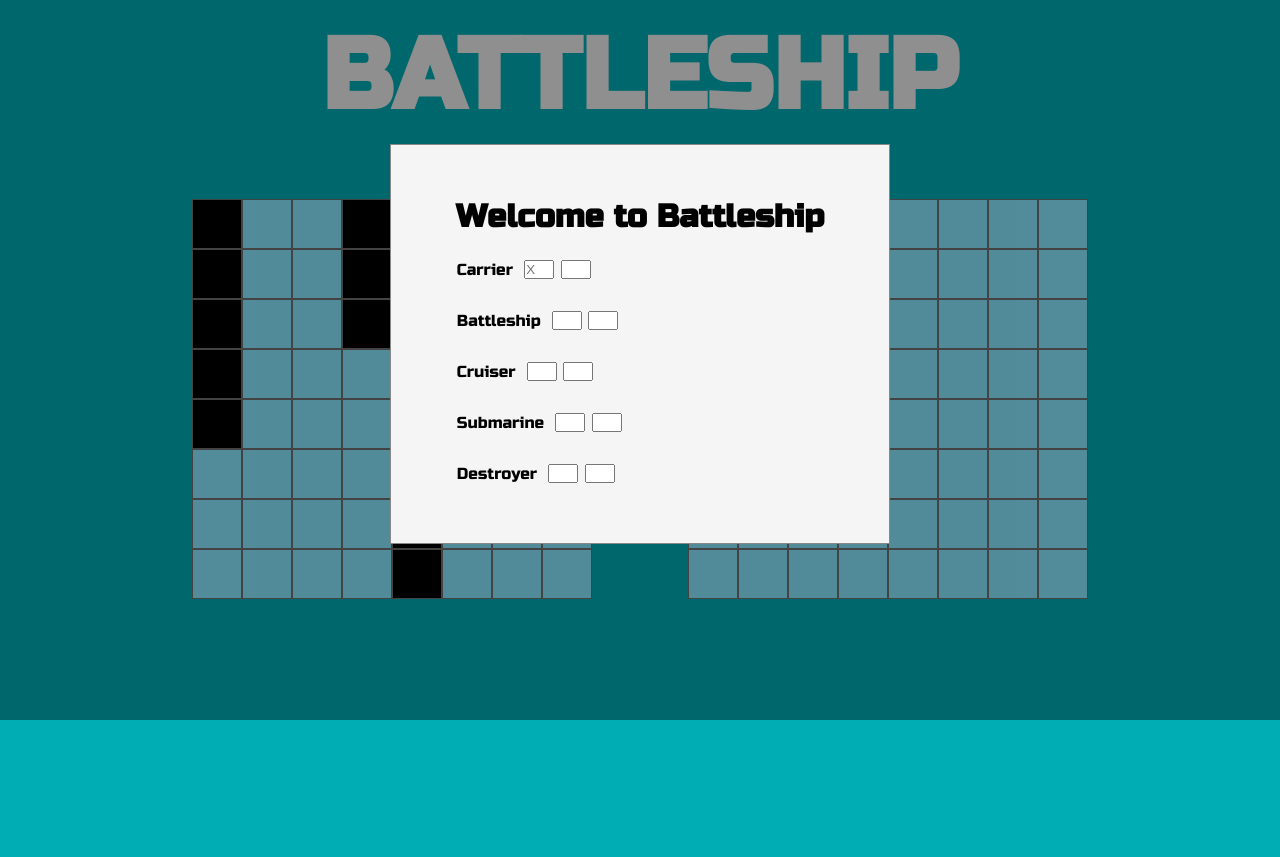
Repository: AzharMoosa/battleship
Page: /
An editor plug-in stored every save of this project. The page is shown before and after the next save, followed by the edit.
The browser window is 1280 px wide. The pictures show the whole page.
The project was rebuilt for these pictures with package versions that can differ from the ones it lists, and the page was loaded fresh each time.

Above is the page before, as saved 2020-07-09 10:15:36.

### src/App.js
import React from "react";
import Header from "./components/Header";
import Board from "./components/Board";
import { PlayersProvider } from "./context/PlayersContext";
import "./App.css";

function App() {
  return (
    <PlayersProvider>
      <div>
        <Header />
        <Board />
      </div>
    </PlayersProvider>
  );
}

export default App;

### src/components/Header.js
import React from "react";

const Header = () => {
  return (
    <div className='header'>
      <h1>Battleship</h1>
    </div>
  );
};

export default Header;

### src/components/Board.js
import React, { useState, Fragment } from "react";
import Square from "./Square";
import PlainSquare from "./PlainSquare";
import Player from "../functions/Player";
import Gameboard from "../functions/Gameboard";
import Overlay from "./Overlay";
import HitMiss from "./HitMiss";
import PlaceShip from "./PlaceShip";
import { v4 as uuidv4 } from "uuid";

const Board = () => {
  // eslint-disable-next-line
  const [player, setPlayer] = useState(Player(false));
  // eslint-disable-next-line
  const [computer, setComputer] = useState(Player(true));
  const [playerBoard, setPlayerBoard] = useState(Gameboard());
  const [computerBoard, setComputerBoard] = useState(Gameboard());
  const [playerTurn, setPlayerTurn] = useState(true);

  const getOutcome = (hit) => {
    let outcome = document.querySelector(".hit-miss-outcome");
    if (hit === true) {
      outcome.innerHTML = "Hit!";
    } else {
      outcome.innerHTML = "Miss!";
    }
  };

  const startGame = () => {
    playerBoard.placeShip(0, 0, player.ships[0], 1);
    playerBoard.placeShip(4, 4, player.ships[1], 1);
    playerBoard.placeShip(3, 0, player.ships[2], 1);
    playerBoard.placeShip(5, 0, player.ships[3], 1);
    playerBoard.placeShip(7, 0, player.ships[4], 1);

    computerBoard.placeShip(0, 0, computer.ships[0], 0);
    computerBoard.placeShip(4, 2, computer.ships[1], 0);
    computerBoard.placeShip(0, 3, computer.ships[2], 0);
    computerBoard.placeShip(3, 5, computer.ships[3], 0);
    computerBoard.placeShip(0, 7, computer.ships[4], 0);
  };

  const getBoardElm = (elm) => {
    if (elm !== "") {
      return "square ship";
    } else {
      return "square";
    }
  };

  const displayModal = (name) => {
    let modal = document.querySelector(".modal");
    let title = document.querySelector(".winner-name");
    let overlay = document.querySelector(".overlay");
    modal.style.display = "block";
    overlay.style.display = "none";
    if (name === "Computer") {
      title.innerHTML = "Computer Wins";
    } else if (name === "Player") {
      title.innerHTML = "Player Wins";
    }
  };

  const resetGame = () => {
    setPlayer(Player(false));
    setComputer(Player(true));
    setPlayerBoard(Gameboard());
    setComputerBoard(Gameboard());
    setPlayerTurn(true);
    let modal = document.querySelector(".modal");
    let overlay = document.querySelector(".overlay");
    let outcome = document.querySelector(".hit-miss-outcome");
    modal.style.display = "none";
    overlay.style.display = "grid";
    outcome.innerHTML = "";
  };

  const gameOver = () => {
    if (playerBoard.allShipSunk(player.ships)) {
      displayModal("Computer");
    } else if (computerBoard.allShipSunk(computer.ships)) {
      displayModal("Player");
    }
  };

  const attackComputer = (e) => {
    if (playerTurn === true) {
      let updatedBoard = computerBoard;
      // Get Coord
      let coords = e.target.id.split(",");
      let x = coords[1];
      let y = coords[0];
      player.attackEnemy(updatedBoard, parseInt(x), parseInt(y));
      if (computerBoard.grid[x][y] === "") {
        e.target.classList.add("ship-miss");
        getOutcome(false);
      } else {
        e.target.classList.add("ship-hit");
        getOutcome(true);
      }
      setComputerBoard(updatedBoard);
      setPlayerTurn(false);
    }
    computerTurn();
  };

  const computerTurn = () => {
    if (playerTurn === true) {
      let updatedBoard = playerBoard;
      let randomCoords = computer.getRandomCoords();
      let square = document.getElementById(randomCoords);
      let coords = randomCoords.split(",");
      let x = coords[1];
      let y = coords[0];
      computer.computerAttack(updatedBoard, x, y);
      if (playerBoard.grid[x][y] === "") {
        square.classList.add("ship-miss");
      } else {
        square.classList.add("ship-hit");
      }
      gameOver();
      setPlayerBoard(updatedBoard);
      setPlayerTurn(true);
    }
  };

  return (
    <Fragment>
      <PlaceShip />
      <div className='container'>
        <HitMiss />
        <div className='game-boards'>
          {startGame()}
          <div className='game-board'>
            {playerBoard.grid.map((col, j) =>
              col.map((elm, i) => (
                <Square
                  key={uuidv4()}
                  elm={elm}
                  getBoardElm={getBoardElm}
                  id={`${i},${j}`}
                />
              ))
            )}
          </div>

          <div className='comp'>
            <div className='game-board comp-board'>
              {computerBoard.grid.map((col, j) =>
                col.map((elm, i) => (
                  <Square
                    key={uuidv4()}
                    elm={elm}
                    getBoardElm={getBoardElm}
                    attackComputer={attackComputer}
                    id={`${i},${j}`}
                  />
                ))
              )}
            </div>
            <div className='overlay game-board'>
              {computerBoard.grid.map((col, j) =>
                col.map((elm, i) => <PlainSquare key={uuidv4()} />)
              )}
            </div>
          </div>
        </div>
        <Overlay resetGame={resetGame} />
      </div>
    </Fragment>
  );
};

export default Board;

### src/context/PlayersContext.js
import React, { useState, createContext } from "react";
import Player from "../functions/Player";
import Gameboard from "../functions/Gameboard";

export const PlayersContext = createContext();

export const PlayersProvider = (props) => {
  const [players, usePlayers] = useState([
    // Player
    {
      player: Player(false),
      board: Gameboard(),
    },
    // Computer
    {
      player: Player(true),
      board: Gameboard(),
    },
  ]);

  return (
    <PlayersContext.Provider value={[players, usePlayers]}>
      {props.children}
    </PlayersContext.Provider>
  );
};

### src/App.css
@import url("https://fonts.googleapis.com/css2?family=Russo+One&display=swap");

:root {
  --bg-primary: #00adb5;
  --bg-light: #eeeeee;
  --bg-dark: #222831;
}

* {
  margin: 0;
  padding: 0;
  box-sizing: border-box;
}

body {
  font-family: "Russo One", sans-serif;
  background-color: var(--bg-primary);
}

.header {
  text-align: center;
}

.header h1 {
  color: var(--bg-light);
  font-size: 100px;
  text-transform: uppercase;
  margin-top: 1rem;
}

.game-boards {
  display: flex;
  align-items: center;
  justify-content: space-between;
  width: 70%;
  height: 55vh;
  margin: 3rem auto;
}

.game-board {
  display: grid;
  grid-template-columns: repeat(8, 1fr);
  width: 400px;
  height: 400px;
}

.square {
  border: 1px solid #707070;
  background-color: rgb(136, 231, 255);
  width: 50px;
  height: 50px;
  pointer-events: auto !important;
  cursor: pointer;
}

.plain-square {
  border: 1px solid #707070;
  background-color: rgb(136, 231, 255);
  width: 50px;
  height: 50px;
  pointer-events: none !important;
  cursor: pointer;
}

.ship {
  background-color: #000;
}

.ship-hit {
  background-color: rgb(255, 77, 77) !important;
  pointer-events: none !important;
}

.ship-miss {
  background-color: #fff !important;
  pointer-events: none !important;
}

.comp {
  display: grid;
}

.comp-board,
.overlay {
  grid-area: 1 / 1;
}

.container {
  display: flex;
  flex-direction: column;
  height: 100vh;
}

.overlay {
  pointer-events: none;
}

.start {
  /* display: none; */
  position: fixed;
  z-index: 1;
  left: 0;
  top: 0;
  width: 100%;
  height: 100%;
  background-color: rgb(0, 0, 0);
  background-color: rgba(0, 0, 0, 0.4);
}

.start-content {
  background-color: #f5f5f5;
  margin: 20vh auto;
  padding: 20px;
  border: 1px solid #888;
  width: 500px;
  height: 400px;
  display: flex;
  flex-direction: column;
  align-items: center;
  justify-content: center;
}

.coord-inputs {
  display: flex;
  align-items: center;
  width: 80%;
  margin-top: 1rem;
}

.coord-inputs label {
  margin-right: 0.5rem;
}

.coord-input {
  margin: 0.5rem 0.2rem;
  width: 30px;
}

.modal {
  display: none;
  position: fixed;
  z-index: 1;
  left: 0;
  top: 0;
  width: 100%;
  height: 100%;
  background-color: rgb(0, 0, 0);
  background-color: rgba(0, 0, 0, 0.4);
}

.modal-content-results {
  background-color: #f5f5f5;
  margin: 30vh auto;
  padding: 20px;
  border: 1px solid #888;
  width: 400px;
  height: 200px;
  display: flex;
  flex-direction: column;
  align-items: center;
  justify-content: center;
}

.winner-name {
  text-align: center;
  margin-bottom: 2rem;
  font-size: 40px;
}

.btn-primary {
  background-color: var(--bg-dark);
  color: #fff;
  width: 150px;
  height: 50px;
  font-size: 20px;
  border: none;
  outline: none;
  font-family: "Russo One", sans-serif;
  border-radius: 20px;
  cursor: pointer;
}

.hit-miss {
  display: flex;
  align-items: center;
  justify-content: center;
  margin-top: 1rem;
}

.hit-miss-outcome {
  color: #fff;
  font-size: 50px;
}

@media (min-width: 1700px) {
  .game-boards {
    height: 70vh;
    width: 80%;
  }

  .game-board {
    width: 650px;
    height: 650px;
  }

  .square,
  .plain-square {
    width: 81.25px;
    height: 81.25px;
  }
}

@media (max-width: 1200px) {
  .game-boards {
    height: 70vh;
    width: 80%;
    display: flex;
    flex-direction: column;
  }

  .game-board {
    width: 500px;
    height: 500px;
  }

  .comp {
    margin-top: 3rem;
  }

  .square,
  .plain-square {
    width: 62.5px;
    height: 62.5px;
  }
}

@media (max-width: 768px) {
  .header h1 {
    font-size: 60px;
  }

  .game-boards {
    width: 80%;
    display: flex;
    flex-direction: column;
  }

  .game-board {
    width: 400px;
    height: 400px;
  }

  .comp {
    margin-top: 3rem;
  }

  .square,
  .plain-square {
    width: 50px;
    height: 50px;
  }
}

@media (max-width: 414px) {
  .header h1 {
    font-size: 40px;
  }

  .game-boards {
    width: 70%;
    display: flex;
    flex-direction: column;
  }

  .game-board {
    width: 300px;
    height: 300px;
  }

  .comp {
    margin-top: 3rem;
  }

  .square,
  .plain-square {
    width: 37.5px;
    height: 37.5px;
  }

  .modal-content-results {
    width: 300px;
  }

  .winner-name {
    font-size: 35px;
  }

  .btn-primary {
    background-color: var(--bg-dark);
    color: #fff;
    width: 150px;
    height: 50px;
    font-size: 20px;
    border: none;
    outline: none;
    font-family: "Russo One", sans-serif;
    border-radius: 20px;
    cursor: pointer;
  }
}

@media (max-width: 375px) {
  .header h1 {
    font-size: 35px;
  }

  .game-boards {
    width: 70%;
    display: flex;
    flex-direction: column;
  }

  .game-board {
    width: 280px;
    height: 280px;
  }

  .comp {
    margin-top: 3rem;
  }

  .square,
  .plain-square {
    width: 35px;
    height: 35px;
  }
}

@media (max-width: 320px) {
  .modal-content-results {
    width: 250px;
  }

  .winner-name {
    font-size: 30px;
  }
}

### src/components/Square.js
import React from "react";

const Square = ({ elm, attackComputer, getBoardElm, id }) => {
  return (
    <div className={getBoardElm(elm)} id={id} onClick={attackComputer}></div>
  );
};

export default Square;

### src/components/PlainSquare.js
import React from "react";

const PlainSquare = () => {
  return <div className='plain-square'></div>;
};

export default PlainSquare;

### src/functions/Player.js
import Ship from "./Ship";

const Player = (ai) => {
  let previousShots = [];

  // Create Ships
  let carrier = Ship("Carrier", 5);
  let battleship = Ship("Battleship", 4);
  let cruiser = Ship("Cruiser", 3);
  let submarine = Ship("Submarine", 3);
  let destroyer = Ship("Destroyer", 2);
  let ships = [carrier, battleship, cruiser, submarine, destroyer];

  const attackEnemy = (enemyBoard, x, y) => {
    if (!previousShots.includes([x, y])) {
      enemyBoard.receiveAttack(x, y);
      previousShots.push([parseInt(x), parseInt(y)]);
      return true;
    }
    return false;
  };

  const checkCoord = (x, y) => {
    previousShots.forEach((coords) => {
      if (
        parseInt(coords[1]) === parseInt(x) &&
        parseInt(coords[0]) === parseInt(y)
      ) {
        return true;
      }
    });
    return false;
  };

  const getRandomCoords = (gameboard) => {
    let maximum = 7;
    let minimum = 0;
    let x = 0;
    let y = 0;

    do {
      x = Math.floor(Math.random() * (maximum - minimum + 1)) + minimum;
      y = Math.floor(Math.random() * (maximum - minimum + 1)) + minimum;
    } while (checkCoord(x, y));
    return `${x},${y}`;
  };

  const computerAttack = (enemyBoard, x, y) => {
    enemyBoard.receiveAttack(x, y);
    previousShots.push([x, y]);
  };

  return { previousShots, ships, attackEnemy, computerAttack, getRandomCoords };
};

export default Player;

### src/functions/Gameboard.js
const Gameboard = () => {
  let previousShots = [];
  const grid = new Array(8).fill("");
  for (let i = 0; i < grid.length; i++) {
    grid[i] = new Array(8).fill("");
  }

  const getGrid = () => {
    return grid;
  };

  const getPreviousShots = () => {
    return previousShots;
  };

  const placeShip = (x, y, ship, orientation) => {
    // Horizontal Orientation = 0
    // Vertical Orientation = 1

    // Check If Ship Fits
    let shipLength = ship.length;

    if (orientation === 0) {
      for (let i = x; i < x + ship.length; i++) {
        if (grid[y][i] !== "" || x + shipLength > 8) {
          return false;
        }
        grid[y][i] = ship;
        ship.setShipCoords(y, i);
      }
    } else if (orientation === 1) {
      for (let i = y; i < y + ship.length; i++) {
        if (grid[i][x] !== "" || y + shipLength > 8) {
          return false;
        }
        grid[i][x] = ship;
        ship.setShipCoords(i, x);
      }
    }
    return true;
  };

  const flatten = (arr) => {
    return arr.join(" |-| ");
  };

  const receiveAttack = (x, y) => {
    // Check if ship is at position
    if (grid[x][y] !== "") {
      let ship = grid[x][y];
      let shipCoords = ship.getShipCoords();
      let arrSearch = shipCoords.map((row) => {
        return flatten(row);
      });
      let pos = arrSearch.indexOf(flatten([x, y]));
      if (!ship.isHit(pos)) {
        ship.hit(pos);
        return true;
      }
    }
    previousShots.push([x, y]);
    return false;
  };

  const allShipSunk = (ships) => {
    for (let i = 0; i < ships.length; i++) {
      if (!ships[i].isSunk()) {
        return false;
      }
    }

    return true;
  };

  return {
    grid,
    previousShots,
    getGrid,
    placeShip,
    receiveAttack,
    getPreviousShots,
    allShipSunk,
  };
};

export default Gameboard;

### src/components/Overlay.js
import React from "react";

const Overlay = ({ resetGame }) => {
  return (
    <div className='modal'>
      <div className='modal-content-results'>
        <h1 className='winner-name'>Player Wins</h1>
        <button className='btn-primary' onClick={resetGame}>
          Restart
        </button>
      </div>
    </div>
  );
};

export default Overlay;

### src/components/HitMiss.js
import React from "react";

const HitMiss = () => {
  return (
    <div className='hit-miss'>
      <h1 className='hit-miss-outcome'>{}</h1>
    </div>
  );
};

export default HitMiss;

### src/components/PlaceShip.js
import React, { useState } from "react";

const PlaceShip = () => {
  const [carrierX, setCarrierX] = useState("");
  const [carrierY, setCarrierY] = useState("");
  const [battleshipX, setBattleshipX] = useState("");
  const [battleshipY, setBattleshipY] = useState("");
  const [cruiserX, setCruiserX] = useState("");
  const [cruiserY, setCruiserY] = useState("");
  const [submarineX, setSubmarineX] = useState("");
  const [submarineY, setSubmarineY] = useState("");
  const [destroyerX, setDestroyerX] = useState("");
  const [destroyerY, setDestroyerY] = useState("");

  return (
    <div className='start'>
      <div className='start-content'>
        <h1>Welcome to Battleship</h1>
        <div className='coord-inputs'>
          <label htmlFor='carrier'>Carrier</label>
          <input
            type='number'
            onChange={(e) => setCarrierX(e.target.value)}
            className='coord-input'
            placeholder='X'
          />
          <input
            type='text'
            onChange={(e) => setCarrierY(e.target.value)}
            className='coord-input'
          />
        </div>
        <div className='coord-inputs'>
          <label htmlFor='battleship'>Battleship</label>
          <input
            type='text'
            onChange={(e) => setBattleshipX(e.target.value)}
            className='coord-input'
          />
          <input
            type='text'
            onChange={(e) => setBattleshipY(e.target.value)}
            className='coord-input'
          />
        </div>
        <div className='coord-inputs'>
          <label htmlFor='cruiser'>Cruiser</label>
          <input
            type='text'
            onChange={(e) => setCruiserX(e.target.value)}
            className='coord-input'
          />
          <input
            type='text'
            onChange={(e) => setCruiserY(e.target.value)}
            className='coord-input'
          />
        </div>
        <div className='coord-inputs'>
          <label htmlFor='submarine'>Submarine</label>
          <input
            type='text'
            onChange={(e) => setSubmarineX(e.target.value)}
            className='coord-input'
          />
          <input
            type='text'
            onChange={(e) => setSubmarineY(e.target.value)}
            className='coord-input'
          />
        </div>
        <div className='coord-inputs'>
          <label htmlFor='destroyer'>Destroyer</label>
          <input
            type='text'
            onChange={(e) => setDestroyerX(e.target.value)}
            className='coord-input'
          />
          <input
            type='text'
            onChange={(e) => setDestroyerY(e.target.value)}
            className='coord-input'
          />
        </div>
      </div>
    </div>
  );
};

export default PlaceShip;

### src/functions/Ship.js
const Ship = (name, length) => {
  // Fills ship with false
  const ship = new Array(length).fill(false);
  let shipCoords = [];

  // Hit
  const hit = (pos) => (ship[pos] = true);

  // If Ship Sunk
  const isSunk = () => {
    return ship.every((v) => v === true);
  };

  const isHit = (pos) => {
    return ship[pos] === true ? true : false;
  };

  // Returns ship
  const getShip = () => {
    return ship;
  };

  const setShipCoords = (x, y) => {
    shipCoords.push([x, y]);
  };

  const getShipCoords = () => {
    return shipCoords;
  };

  return {
    name,
    ship,
    length,
    hit,
    isSunk,
    isHit,
    getShip,
    setShipCoords,
    getShipCoords,
  };
};

export default Ship;

Loaded but not shown: public/index.html (common file); src/index.js (common file)

After the next save:
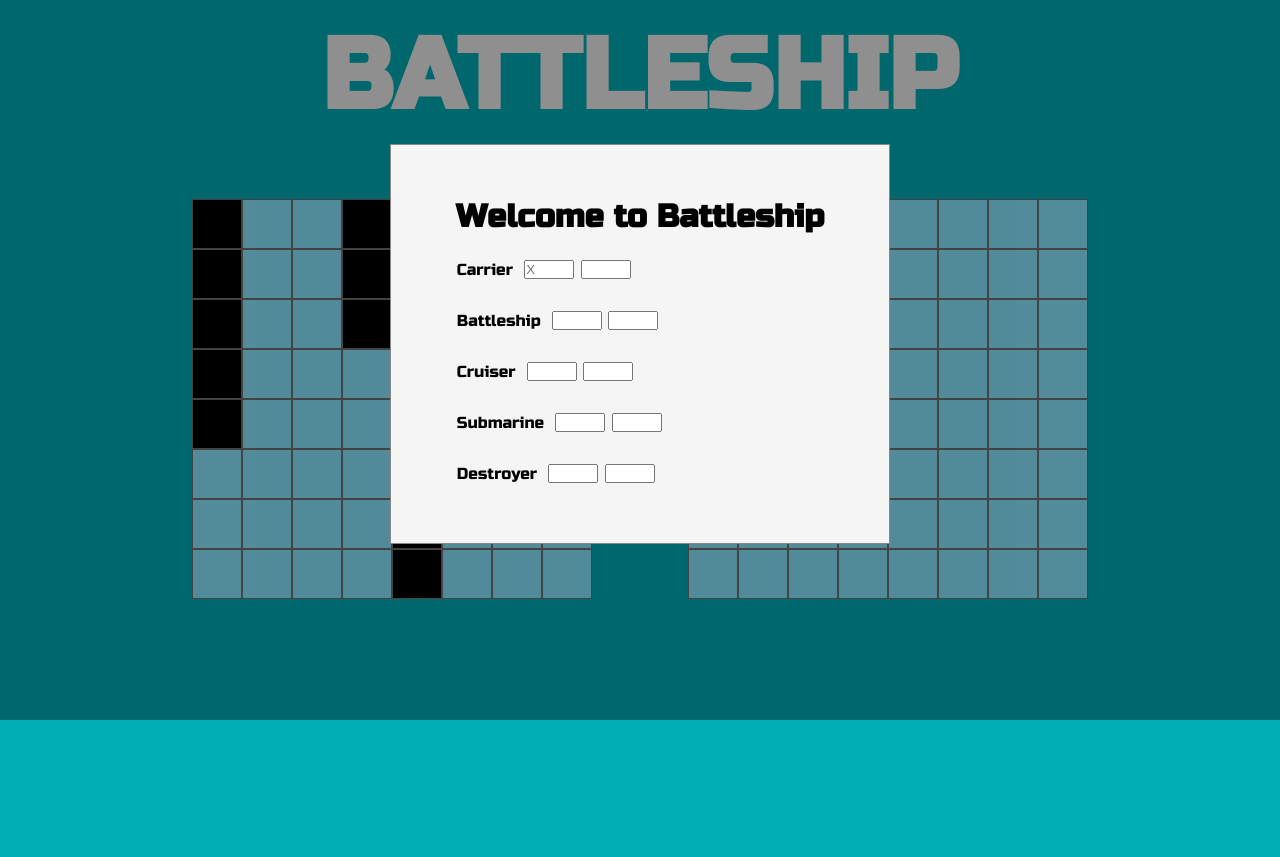
Saved 15 s later.
--- a/src/App.css
+++ b/src/App.css
@@ -133,7 +133,7 @@ body {
 
 .coord-input {
   margin: 0.5rem 0.2rem;
-  width: 30px;
+  width: 50px;
 }
 
 .modal {
